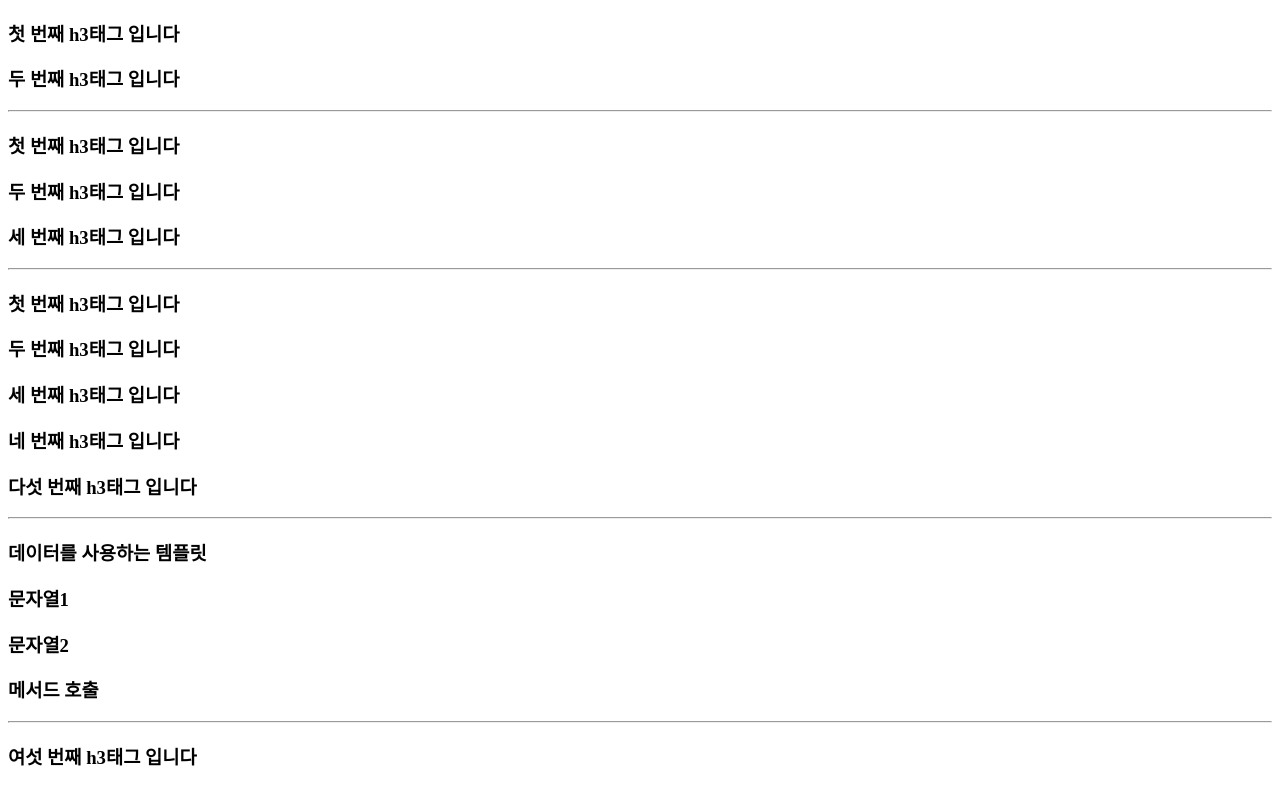
Repository: HyoJun00/Vue_JS
Page: Component/src/main/webapp/index.html
These files come from the project's save history. The page is drawn as it stood at one moment and after the next save; the edit follows.
The browser window is 1280 px wide. The pictures show the whole page.

Above is the page before, as saved 2025-07-15 06:10:43.

After the next save:
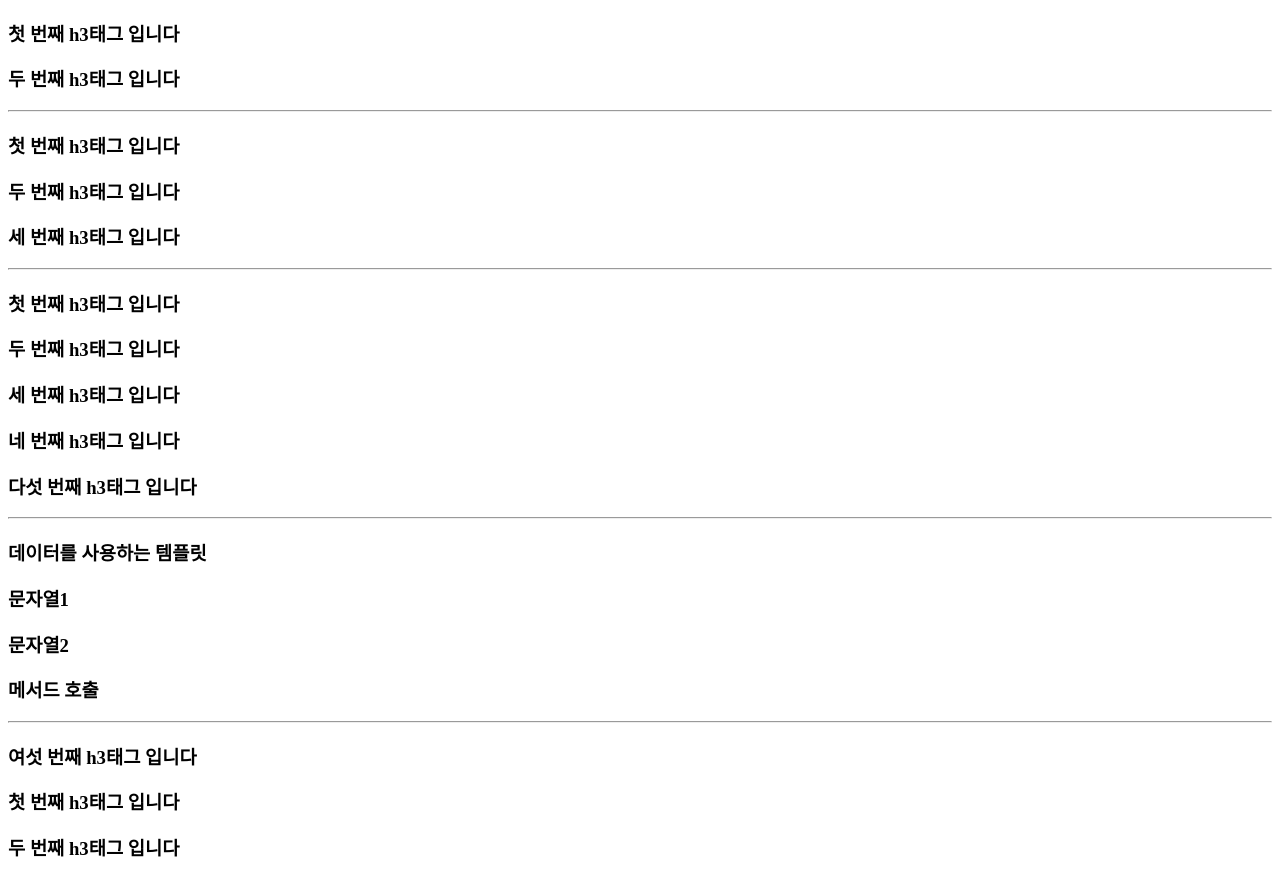
Saved 19 s later.
--- a/Component/src/main/webapp/index.html
+++ b/Component/src/main/webapp/index.html
@@ -125,6 +125,7 @@
 		<component v-bind:is='view2'></component>
 		-->
 		<component v-bind:is='view1'></component>
+		<component v-bind:is='view2'></component>
 	</div>
 </body>
 </html>
